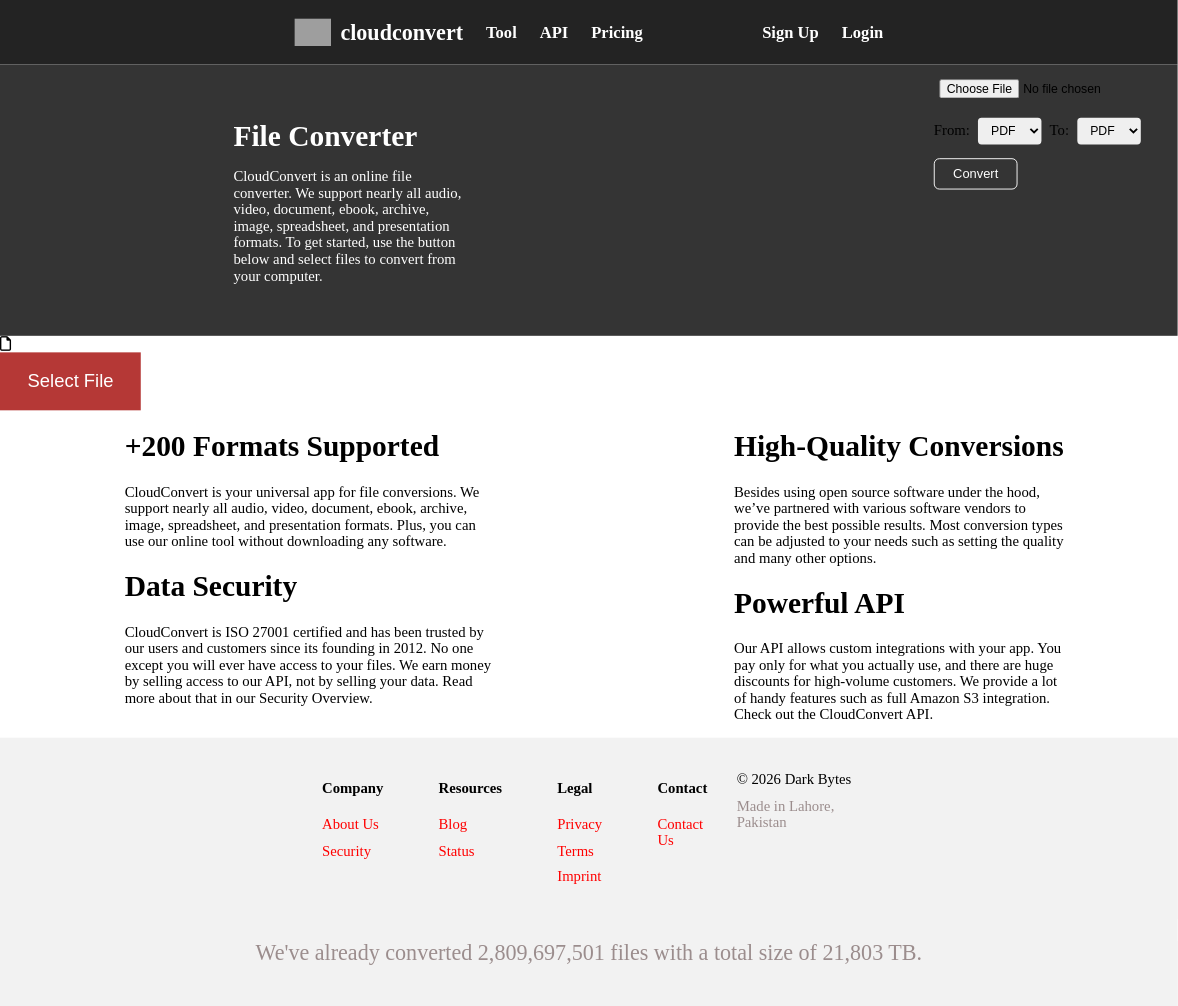
Repository: anfal-darkbytes/task_one
Page: http://localhost/
The author's editor kept a copy of each file at every save. The page is drawn from the files as they stood at one save, then again after the next save.
The browser window is 1280 px wide. The pictures show the whole page, at 92% of full size.
Pictures or frames that could not be fetched are drawn as grey boxes. The page is served by the project's application, run on Django 4.2 (manage.py).

Above is the page before, as saved 2026-01-09 07:32:36.

After the next save:
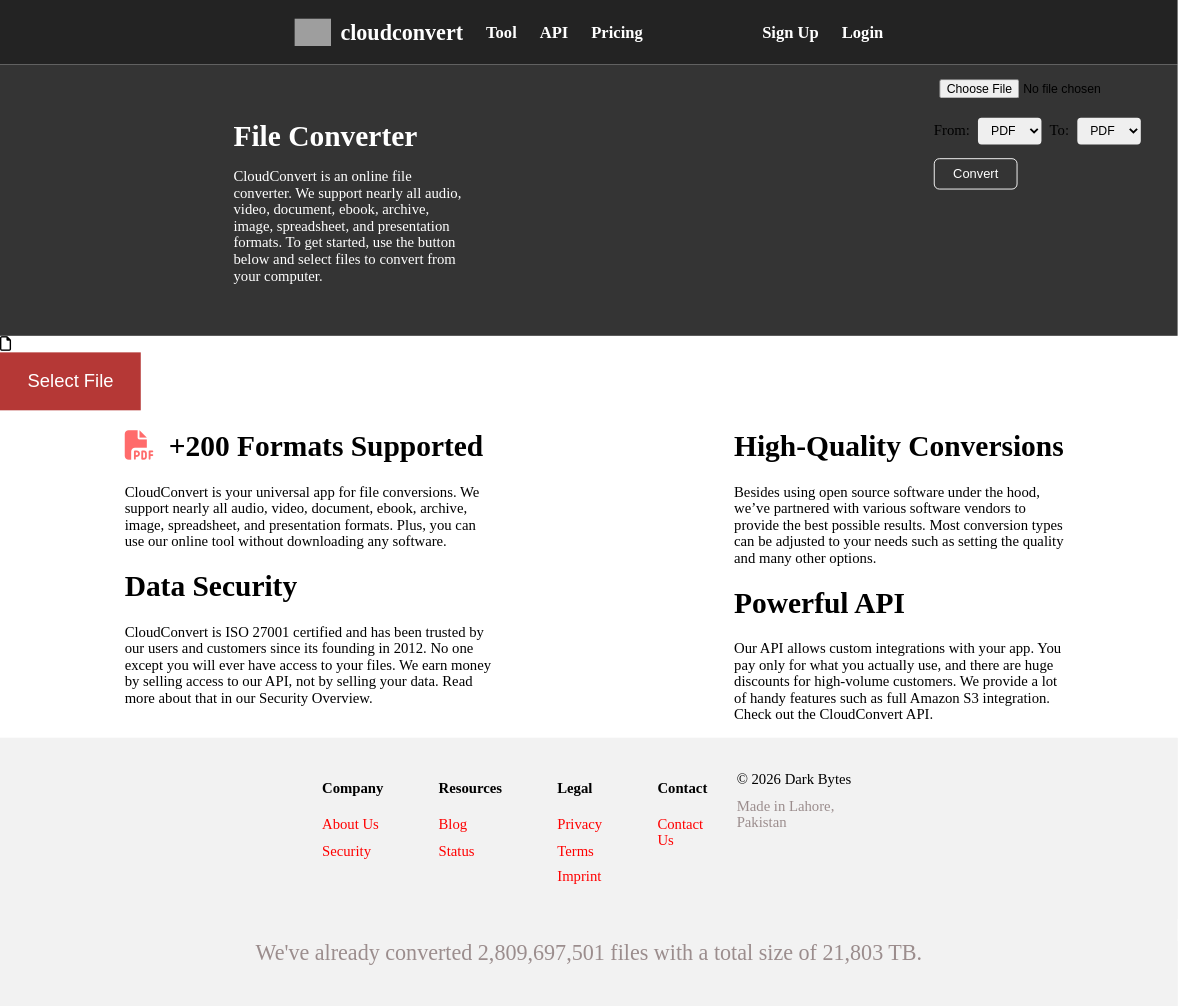
Saved 39 s later.
--- a/templates/index.html
+++ b/templates/index.html
@@ -55,7 +55,9 @@
     <div class="details-boxes">
         <div class="pair-containers1">
             <div class="single-container">
-                <h1 class="container-title">+200 Formats Supported</h1>
+                <h1 class="container-title">
+                    <i class="fa-solid fa-file-pdf" style="margin-right:8px; color:#ff6b6b;"></i>
+                    +200 Formats Supported</h1>
                 <p class="container-body">CloudConvert is your universal app for file conversions. We support nearly all audio, video, document, ebook, archive, image, spreadsheet, and presentation formats. Plus, you can use our online tool without downloading any software.</p>
             </div>
             <div class="single-container">
